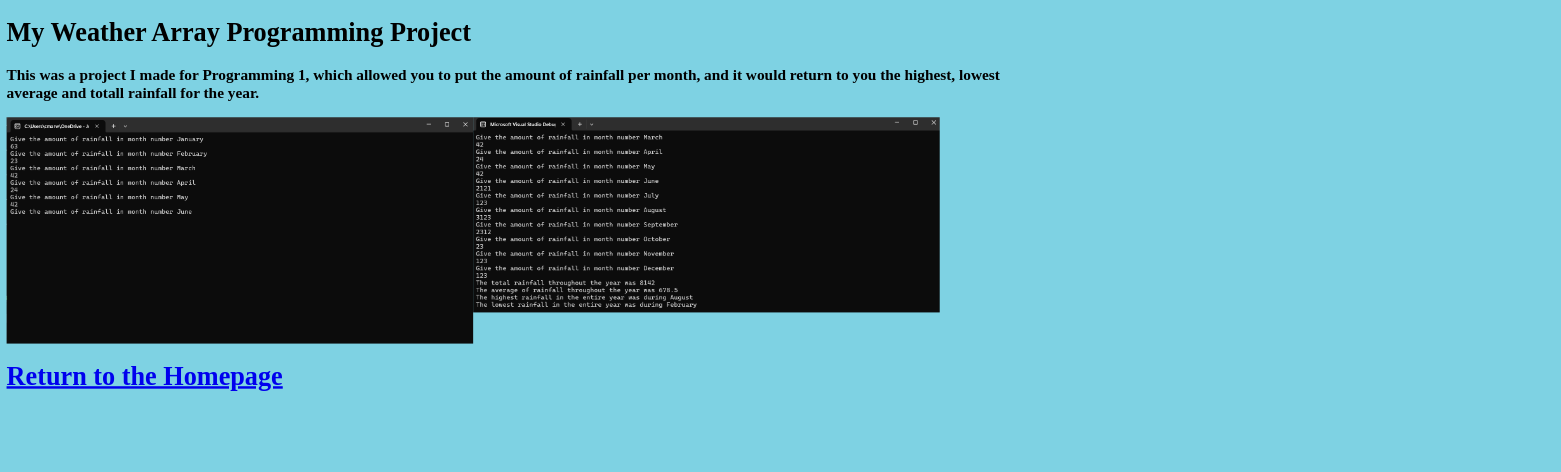
Repository: captainm64/captainm64
Page: projectshow.html
These files come from the project's save history. The page is drawn as it stood at one moment and after the next save; the edit follows.
The browser window is 1280 px wide. The page is 1904 px wide, so the pictures cover 1904 px, including what lies to the right of the window. The pictures show the whole page, at 82% of full size.

Above is the page before, as saved 2026-05-12 09:36:38.

After the next save:
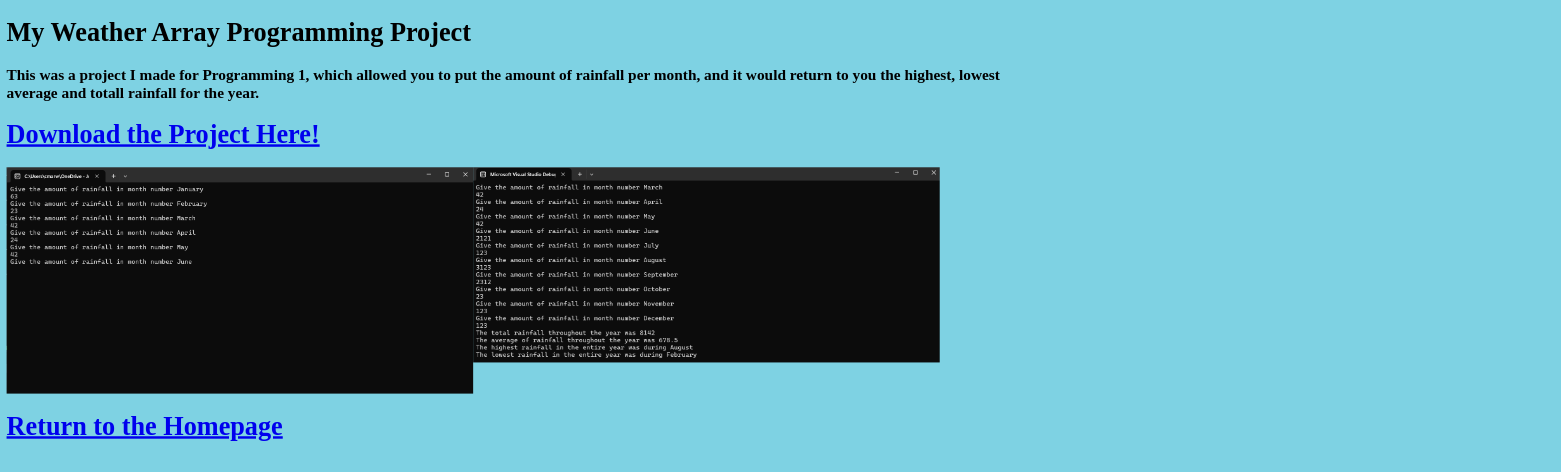
Saved 15 min 30 s later.
--- a/projectshow.html
+++ b/projectshow.html
@@ -13,6 +13,9 @@
     per month, and it would return to you the highest, lowest average and totall rainfall for the year.
 </h3>
 
+ <a href = https://github.com/captainm64/Weather_Array.git><h1>Download the Project Here!</h1></a>
+
+
 <div class = "demos">
  <img src="../../assets/images/demo1.png" alt = "Code demonstration: numbers being put in"/>
 
